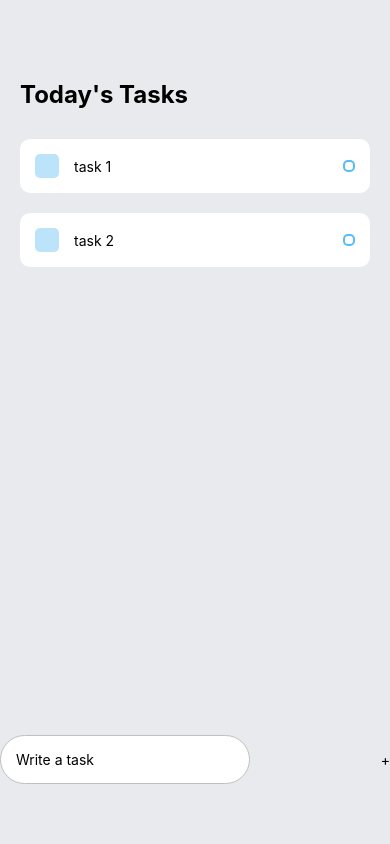
Repository: NT912/TodoList
Screen: /
The author's editor kept a copy of each file at every save. The screen is drawn from the files as they stood at one save, then again after the next save.
The app was drawn by React Native's web renderer in a window 390 px wide. The project was rebuilt for these pictures with package versions that can differ from the ones it lists, and the page was loaded fresh each time.

Above is the screen before, as saved 2022-04-16 17:06:11.

After the next save:
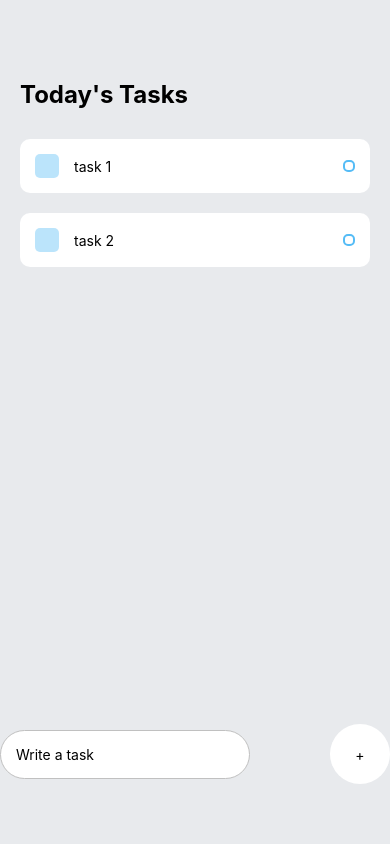
Saved 77 s later.
--- a/App.js
+++ b/App.js
@@ -64,6 +64,13 @@ const styles = StyleSheet.create({
     borderWidth: 1,
     width: 250,
   },
-  addWrapper: {},
+  addWrapper: {
+    width: 60,
+    height: 60,
+    backgroundColor: "#FFF",
+    borderRadius: 60,
+    justifyContent: "center",
+    alignItems: "center",
+  },
   addText: {},
 });
